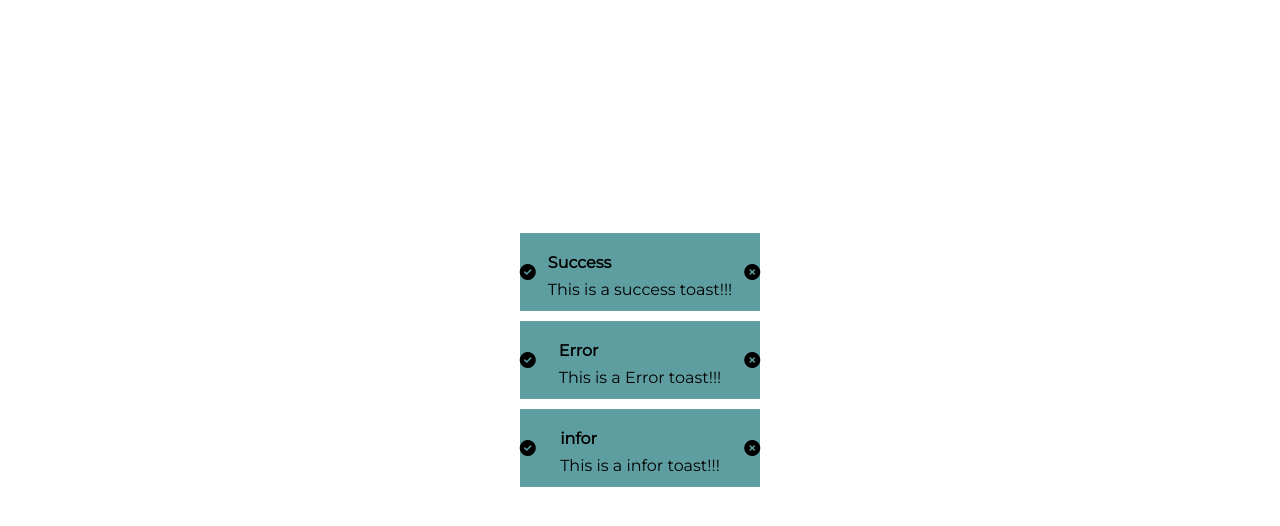
Repository: thuynguyen0964/Toast-Cooler
Page: index.html
The author's editor kept a copy of each file at every save. The page is drawn from the files as they stood at one save, then again after the next save.
The browser window is 1280 px wide. The pictures show the whole page.

Above is the page before, as saved 2023-01-26 20:22:24.

After the next save:
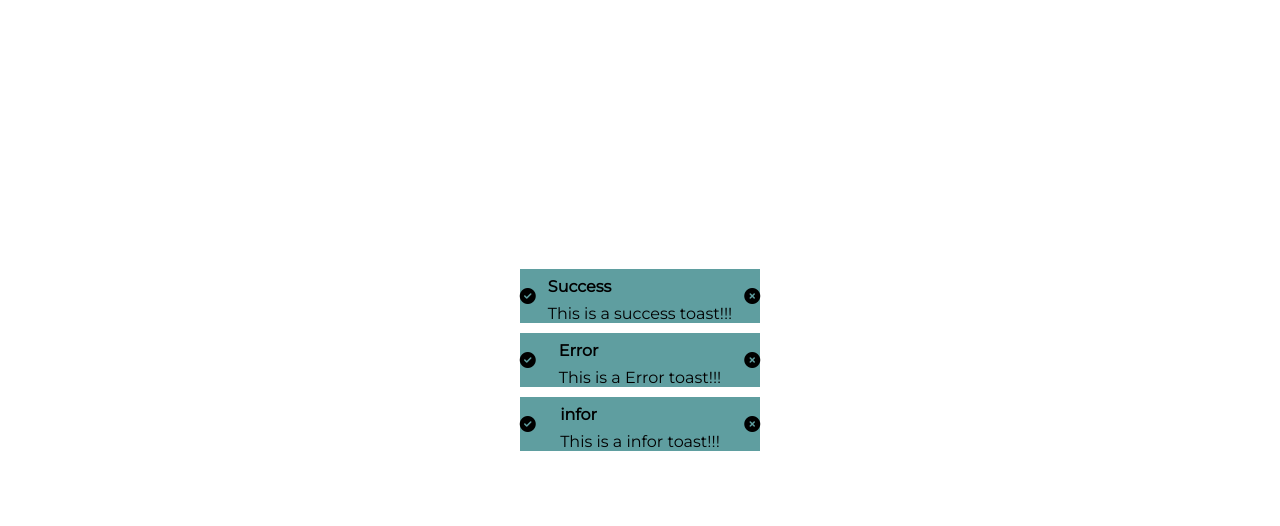
Saved 17 s later.
--- a/app/style.css
+++ b/app/style.css
@@ -21,7 +21,7 @@ body{
     margin: 10px 0;
 }
 .toast__text{
-    padding: 12px ;
+    padding:0 12px ;
 }
 .toast__title{
     margin: 8px 0;
